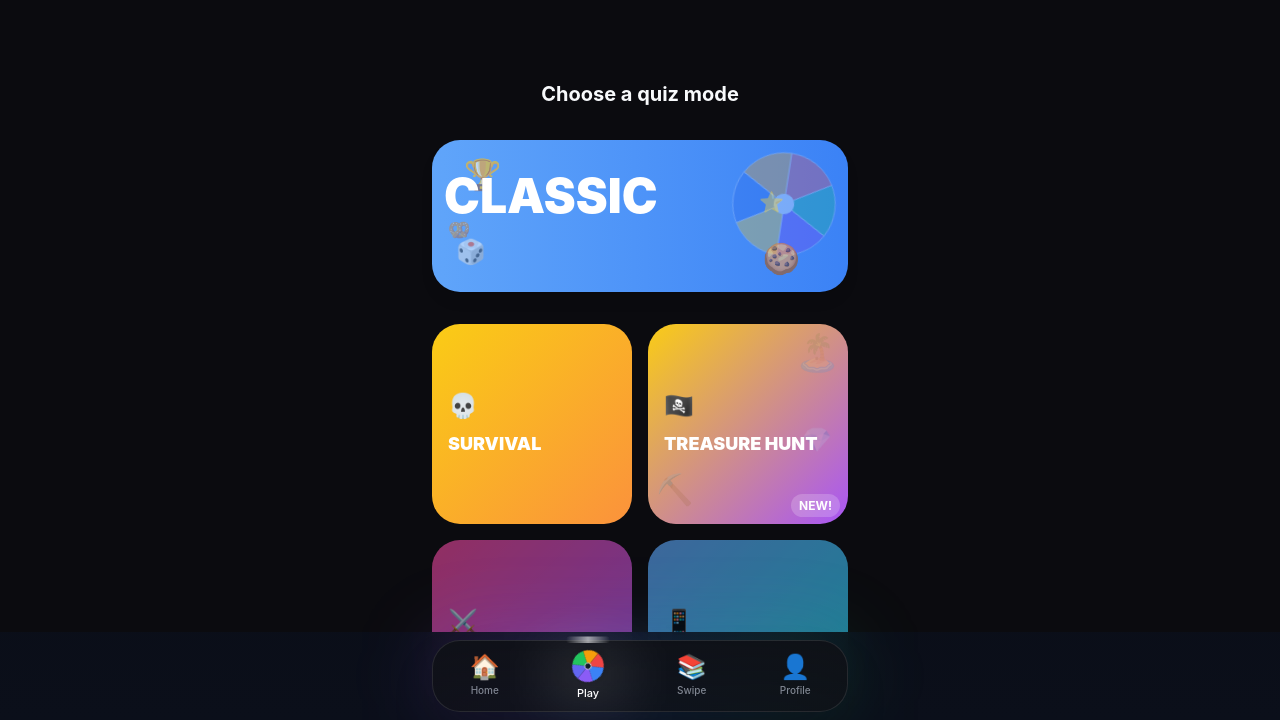
Repository: nirmaldas07/quizify-app
Page: /play
The author's editor kept a copy of each file at every save. The page is drawn from the files as they stood at one save, then again after the next save.
The browser window is 1280 px wide. The pictures show the whole page.
An inner scrolling area shows only its first screen. The project was rebuilt for these pictures with package versions that can differ from the ones it lists, and the page was loaded fresh each time. Some packages were replaced by stand-ins written for this rebuild. Also part of the build but not shown: src/components/Shared/CoinFly.jsx, src/components/GameSystem/AvatarDisplay.jsx, src/components/GameSystem/XPBar.jsx, src/components/GameSystem/EnergyMeter.jsx, src/utils/categories.js, src/components/Home/HeroCard.jsx, src/components/Home/QuickActions.jsx, src/components/Home/CategoryGrid.jsx and 44 more.

Above is the page before, as saved 2025-08-31 23:13:54.

After the next save:
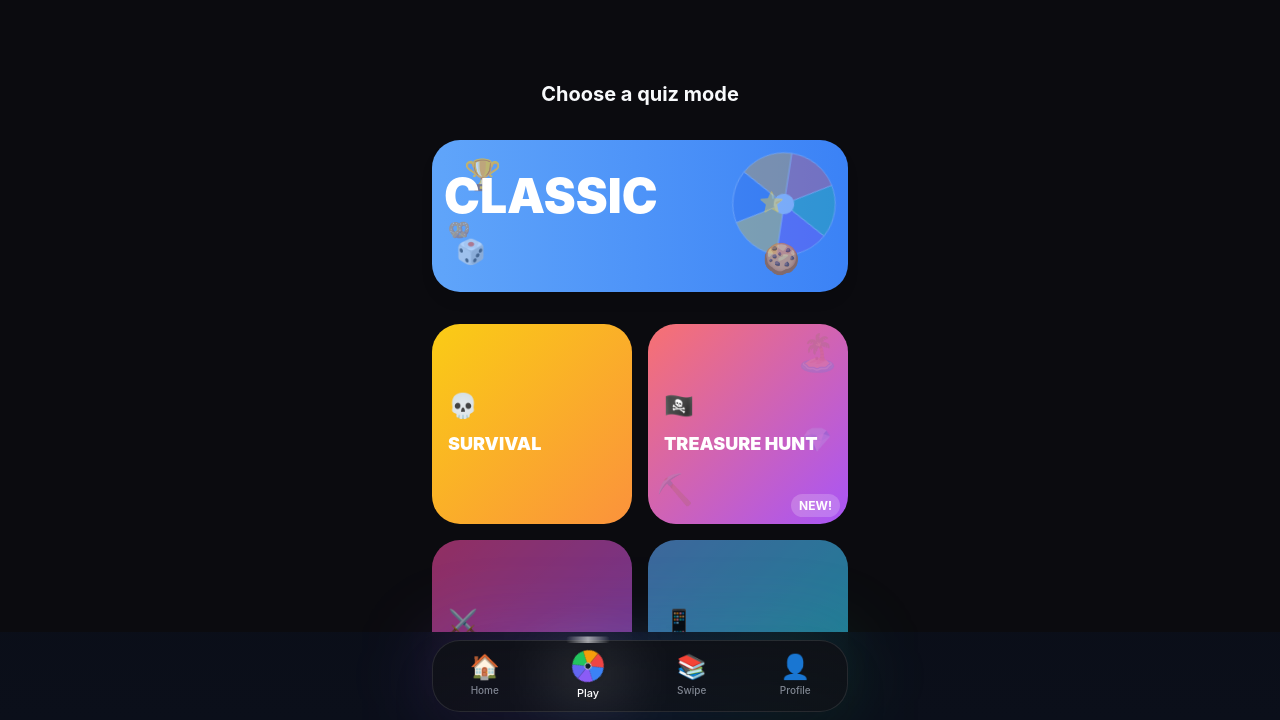
Saved 8 s later.
--- a/src/components/Play/PlayHome.jsx
+++ b/src/components/Play/PlayHome.jsx
@@ -76,7 +76,7 @@ function ModesGrid({ onModeSelect, onNavigateHome }) {
 
             <button
               onClick={() => onModeSelect('treasureHunt')}
-              className="aspect-square rounded-3xl bg-gradient-to-br from-yellow-400 to-purple-500 p-4 text-left hover:shadow-xl transition-all active:scale-[0.98] relative overflow-hidden"
+              className="aspect-square rounded-3xl bg-gradient-to-br from-red-400 to-purple-500 p-4 text-left hover:shadow-xl transition-all active:scale-[0.98] relative overflow-hidden"
             >
               {/* Animated island background */}
               <div className="absolute inset-0 opacity-20">
